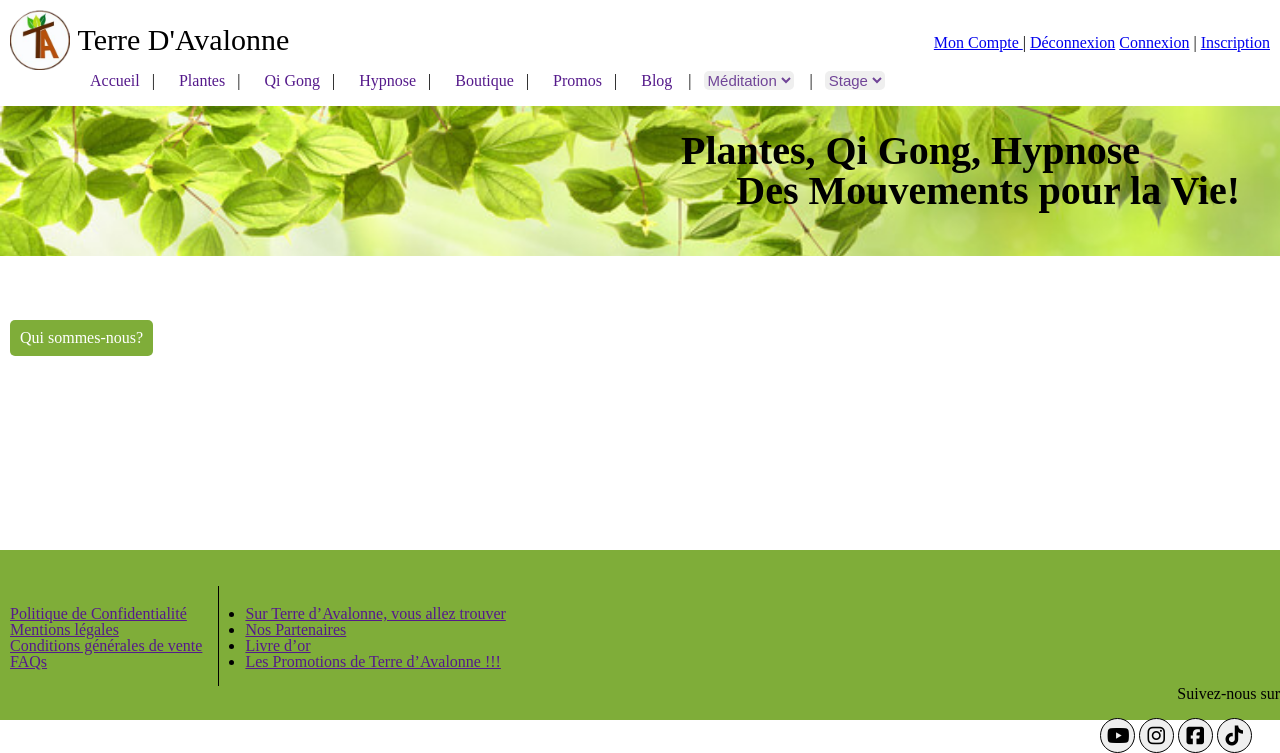
Repository: Michelhof1978/TerreDavalonne
Page: templates/base.html
An editor plug-in stored every save of this project. The page is shown before and after the next save, followed by the edit.
The browser window is 1280 px wide. The pictures show the whole page.
Some web fonts or font styles are not loaded; a fallback is used. Some web libraries are served in a nearby version.

Above is the page before, as saved 2022-05-04 15:58:42.

After the next save:
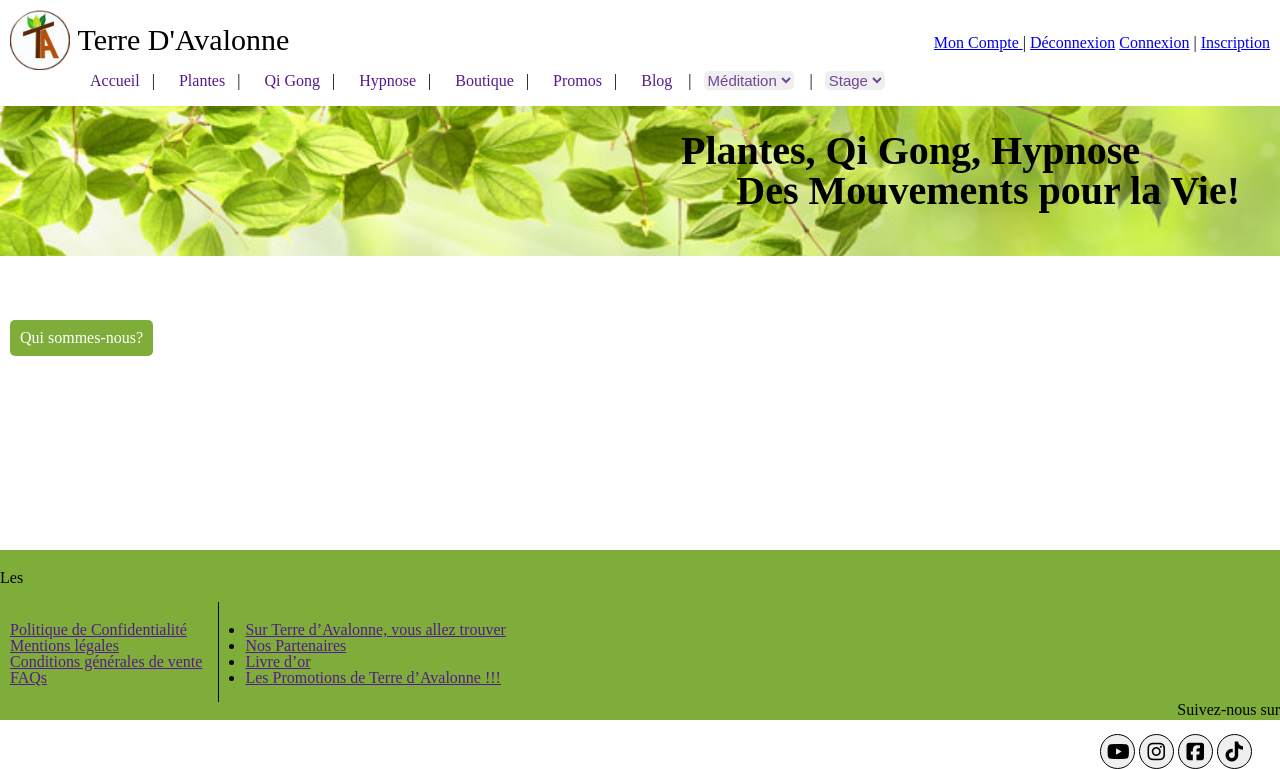
Saved 8 s later.
--- a/templates/base.html
+++ b/templates/base.html
@@ -112,7 +112,7 @@
 
 
   <footer>
-    <p> </p>
+    <p> Les </p>
     <div style="display: flex;">
       <ul class="ulFooter">
         <li>
